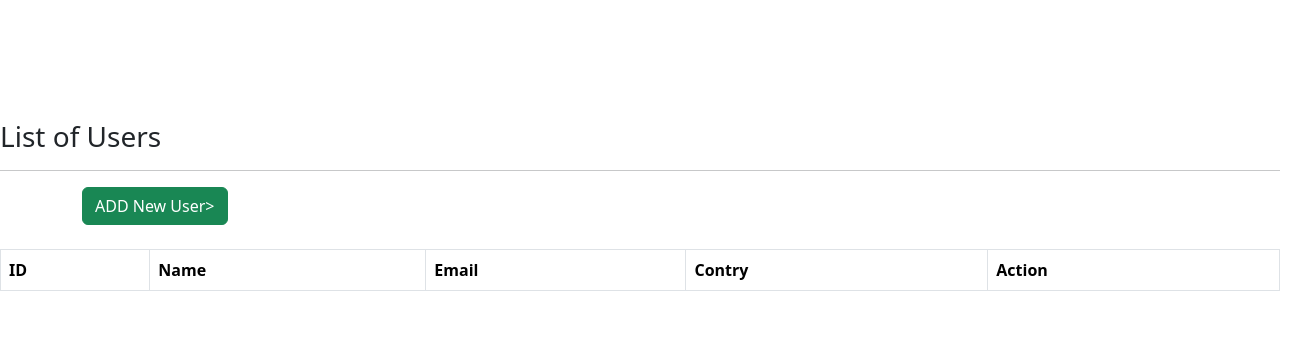
Repository: kunalquantum/jsp2
Page: http://localhost/project_v1/WEB-INF/user-list.jsp
These files come from the project's save history. The page is drawn as it stood at one moment and after the next save; the edit follows.
The browser window is 1280 px wide. The page is 1292 px wide, so the pictures cover 1292 px, including what lies to the right of the window. The pictures show the whole page.
The page is served by Tomcat 10. Nobody is signed in. The template is opened directly, without the code that normally fills it, so the values that code supplies are empty.

Above is the page before, as saved 2024-06-14 05:21:25.

After the next save:
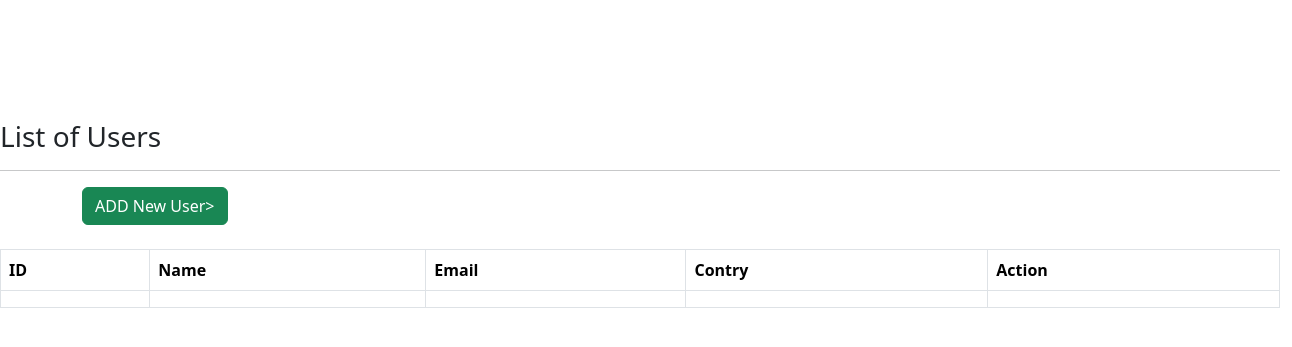
Saved 33 s later.
--- a/project_v1/src/main/webapp/WEB-INF/user-list.jsp
+++ b/project_v1/src/main/webapp/WEB-INF/user-list.jsp
@@ -63,7 +63,11 @@
 		<c:forEach var="user" items="${listUser}">
 
 		<tr>
-
+			<td></td>
+			<td></td>
+			<td></td>
+			<td></td>
+			<td></td>
 
 		</tr>
 
